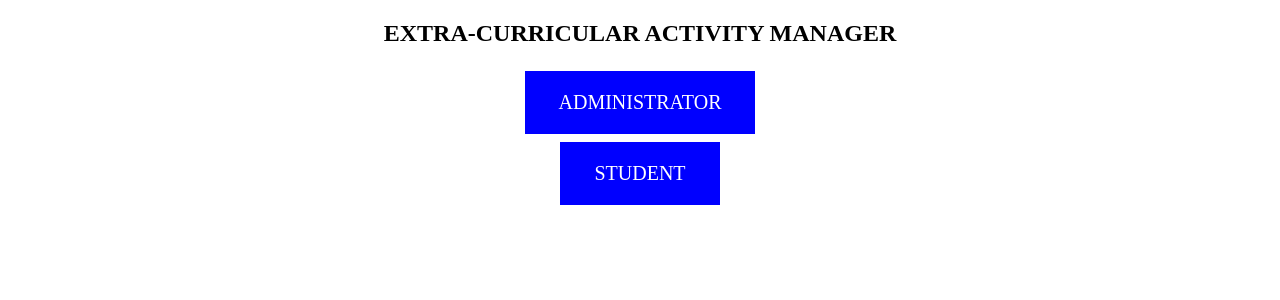
Repository: Malz6/DBMS-ActivityTracking
Page: dbs/WebContent/first.html
The author's editor kept a copy of each file at every save. The page is drawn from the files as they stood at one save, then again after the next save.
The browser window is 1280 px wide. The pictures show the whole page.

Above is the page before, as saved 2019-12-12 10:00:55.

### dbs/WebContent/first.html
<!DOCTYPE html>
<html>
   <head>
      <title>EXTRA-CURRICULAR ACTIVITIES</title>
      <style>
         .button {
         background-color: blue;
         border: none;
         color: white;
         padding: 20px 34px;
         text-align: center;
         text-decoration: none;
         display: inline-block;
         font-size: 20px;
         margin: 4px 2px;
         cursor: pointer;
         }
      </style>
   </head>
   <body>
   	  <center><h2>EXTRA-CURRICULAR ACTIVITY MANAGER</h2></center>
      <center><a href="admin.html" class="button">ADMINISTRATOR</a></center>
      <center><a href="student.html" class="button">STUDENT</a></center>
   </body>
</html>

After the next save:
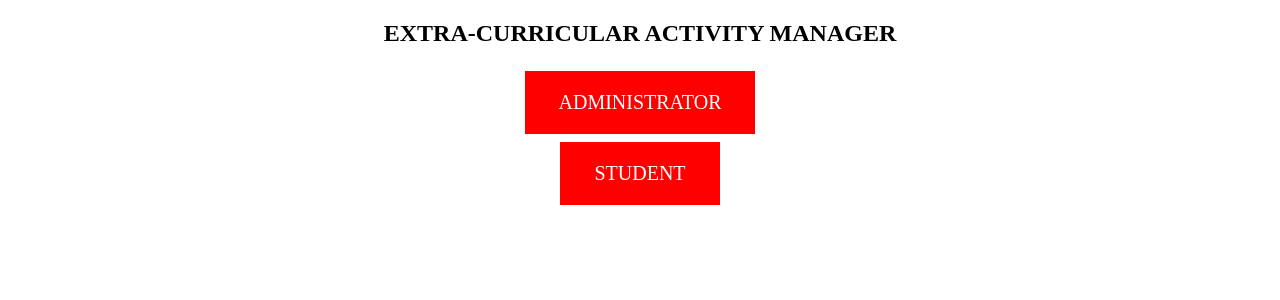
Saved 24 s later.
--- a/dbs/WebContent/first.html
+++ b/dbs/WebContent/first.html
@@ -4,7 +4,7 @@
       <title>EXTRA-CURRICULAR ACTIVITIES</title>
       <style>
          .button {
-         background-color: blue;
+         background-color: red;
          border: none;
          color: white;
          padding: 20px 34px;
